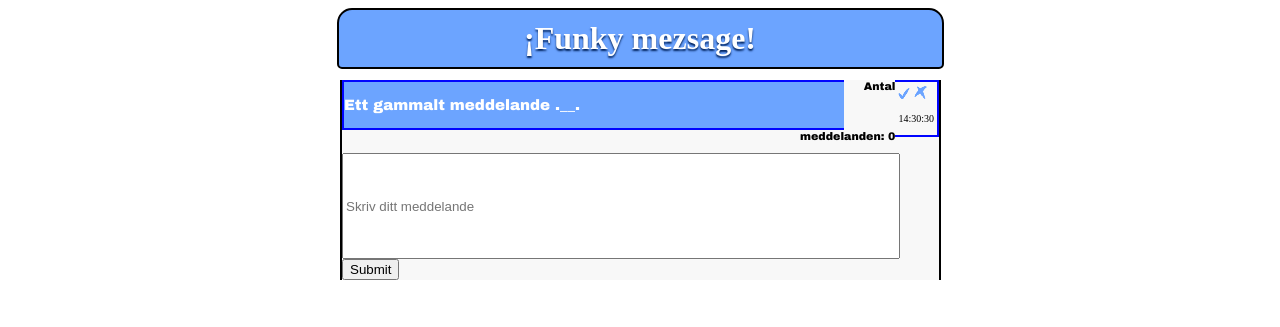
Repository: sk222sw/1dv403-laborationer
Page: 2-labbymezzage/index.html
The author's editor kept a record of every edit. The page is drawn from the files as they stood at one moment, then again after the next edit.
The browser window is 1280 px wide. The pictures show the whole page.

Above is the page before.

After the next edit:
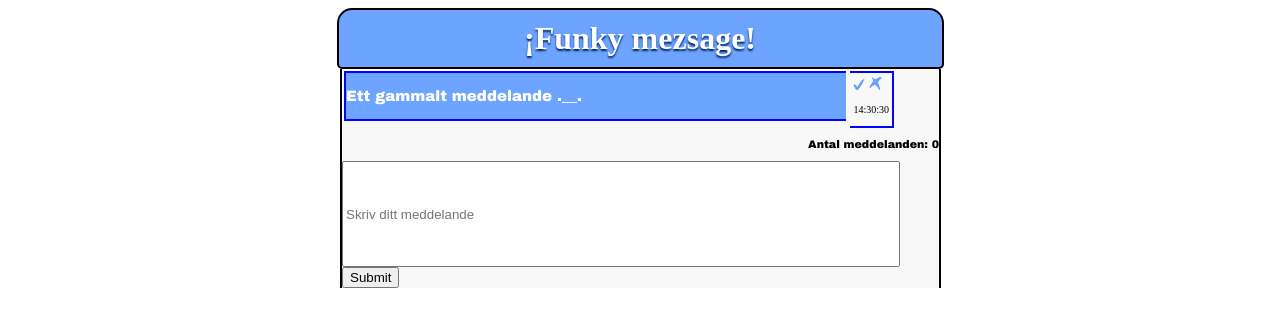
The edit:
--- a/2-labbymezzage/css/css.css
+++ b/2-labbymezzage/css/css.css
@@ -64,7 +64,7 @@
     position: relative;
 }
 
-.oldMsg {
+.msgSection {
     position: relative;
 
     width: 550px;
